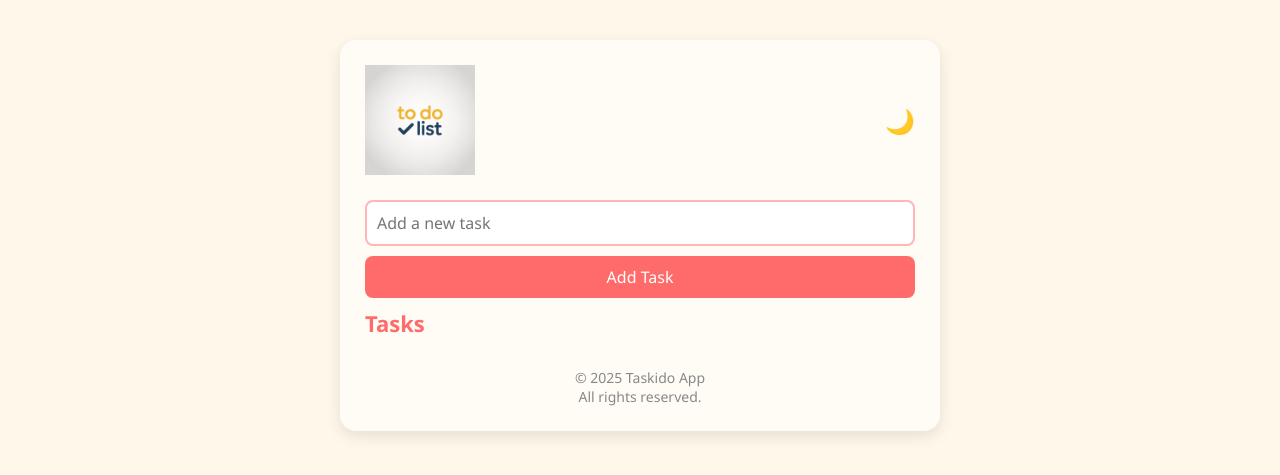
Repository: MenaEldeeb/To-Do-Iist
Page: index.html
An editor plug-in stored every save of this project. The page is shown before and after the next save, followed by the edit.
The browser window is 1280 px wide. The pictures show the whole page.

Above is the page before, as saved 2025-07-20 22:22:03.

### index.html
<!DOCTYPE html>
<html lang="en">
<head>
  <meta charset="UTF-8" />
  <meta name="viewport" content="width=device-width, initial-scale=1.0"/>
  <title>Taskido</title>
  <link rel="stylesheet" href="./css/styles.css" />
</head>
<body>
  <div id="container">
    <header id="hd">
      <img id="logo" src="images/to do list.png" alt="App Logo" />
      <button id="dark-mode-toggle">🌙</button>
    </header>

    <main id="mn">
      <section id="mn__sect01">
        <input type="text" id="task-input" placeholder="Add a new task" />
        <button id="add-task-btn">Add Task</button>
        <p id="error-msg" class="error-msg hidden">Please enter a task!</p>
      </section>

      <section id="mn__sect02">
        <h2>Tasks</h2>
        <ol id="task-list"></ol>
      </section>
    </main>

    <footer id="ft">
      <p>© 2025 Taskido App</p>
      <p>All rights reserved.</p>
    </footer>
  </div>

  <script src="./js/app.js"></script>
</body>
</html>

### css/styles.css
* {
  margin: 0;
  padding: 0;
  box-sizing: border-box;
  font-family: "Segoe UI", sans-serif;
}

body {
  background-color: #fff7e9;
  color: #333;
}

#container {
  max-width: 600px;
  margin: 40px auto;
  padding: 25px;
  background-color: #fffbf5;
  border-radius: 16px;
  box-shadow: 0 5px 15px rgba(0, 0, 0, 0.1);
  transition: background-color 0.3s ease, color 0.3s ease;
}

header#hd {
  display: flex;
  justify-content: space-between;
  align-items: center;
  margin-bottom: 25px;
}

#logo {
  width: 110px;
}

#dark-mode-toggle {
  background: none;
  border: none;
  cursor: pointer;
  font-size: 24px;
}

#task-input {
  width: 100%;
  padding: 10px;
  border: 2px solid #ffb6b6;
  border-radius: 8px;
  margin-bottom: 10px;
  font-size: 16px;
}

#add-task-btn {
  width: 100%;
  padding: 10px;
  background-color: #ff6b6b;
  color: white;
  border: none;
  font-size: 16px;
  border-radius: 8px;
  cursor: pointer;
  margin-bottom: 10px;
}

#add-task-btn:hover {
  background-color: #ff4b5c;
}

#mn__sect02 h2 {
  font-size: 22px;
  color: #ff6b6b;
  margin-bottom: 10px;
}

#task-list {
  list-style-type: none;
  padding-left: 0;
}

.task-item {
  background-color: #fff5f5;
  padding: 14px;
  margin-bottom: 12px;
  border-radius: 12px;
  box-shadow: 0 4px 10px rgba(0, 0, 0, 0.05);
  transition: background-color 0.3s ease, transform 0.2s ease;
}

.task-item:hover {
  background-color: #ffecec;
  transform: scale(1.01);
}

.task-item span {
  display: block;
  font-size: 18px;
  margin-bottom: 10px;
}

.task-item.completed span {
  text-decoration: line-through;
  color: #999;
  opacity: 0.7;
}

.complete-btn,
.remove-btn {
  padding: 8px 10px;
  margin-right: 10px;
  border: none;
  border-radius: 6px;
  cursor: pointer;
  font-size: 14px;
}

.complete-btn {
  background-color: #6bcb77;
  color: white;
}

.remove-btn {
  background-color: #ffd93d;
  color: #333;
}

.error-msg {
  color: #ff4b5c;
  font-size: 14px;
  font-weight: 600;
}

.hidden {
  display: none;
}

footer#ft {
  text-align: center;
  font-size: 14px;
  margin-top: 30px;
  color: #888;
}

/* Dark Mode */
#container.dark-mode {
  background-color: #1e1e2f;
  color: #eee;
}

#container.dark-mode #task-input {
  background-color: #333;
  border-color: #555;
  color: #eee;
}

#container.dark-mode #task-input::placeholder {
  color: #aaa;
}

#container.dark-mode #add-task-btn {
  background-color: #4a90e2;
}

#container.dark-mode #mn__sect02 h2 {
  color: #4a90e2;
}

#container.dark-mode .task-item {
  background-color: #2c2c3e;
}

#container.dark-mode .task-item:hover {
  background-color: #3a3a52;
}

#container.dark-mode .task-item span {
  color: #eee;
}

#container.dark-mode .error-msg {
  color: #ff6b6b;
}

/* Mobile */
@media (max-width: 600px) {
  #task-input,
  #add-task-btn {
    width: 100%;
  }

  .task-item span {
    font-size: 16px;
  }

  .complete-btn,
  .remove-btn {
    width: 100%;
    margin: 5px 0 0 0;
  }
}

/* Tablet */
@media (min-width: 601px) and (max-width: 1024px) {
  #task-input {
    width: 65%;
  }

  #add-task-btn {
    width: 30%;
    margin-left: 5%;
  }

  .task-item {
    flex-direction: column;
  }
}

### js/app.js
const taskInput = document.getElementById('task-input');
const addButton = document.getElementById('add-task-btn');
const taskList = document.getElementById('task-list');
const errorMsg = document.getElementById('error-msg');
const darkToggle = document.getElementById('dark-mode-toggle');
const container = document.getElementById('container');

let tasks = [];

function renderTasks() {
  taskList.innerHTML = '';
  tasks.forEach(task => {
    const li = document.createElement('li');
    li.className = 'task-item';
    if (task.completed) li.classList.add('completed');

    const span = document.createElement('span');
    span.textContent = task.text;

    const completeBtn = document.createElement('button');
    completeBtn.textContent = 'Complete';
    completeBtn.className = 'complete-btn';
    completeBtn.onclick = () => toggleTask(task.id);

    const removeBtn = document.createElement('button');
    removeBtn.textContent = 'X';
    removeBtn.className = 'remove-btn';
    removeBtn.onclick = () => removeTask(task.id);

    li.appendChild(span);
    li.appendChild(completeBtn);
    li.appendChild(removeBtn);

    taskList.appendChild(li);
  });
}

function addTask(text) {
  const newTask = {
    id: Date.now(),
    text,
    completed: false
  };
  tasks.push(newTask);
  renderTasks();
}

function toggleTask(id) {
  tasks = tasks.map(task =>
    task.id === id ? { ...task, completed: !task.completed } : task
  );
  renderTasks();
}

function removeTask(id) {
  tasks = tasks.filter(task => task.id !== id);
  renderTasks();
}

addButton.addEventListener('click', () => {
  const value = taskInput.value.trim();
  if (value === '') {
    errorMsg.classList.remove('hidden');
    return;
  }
  errorMsg.classList.add('hidden');
  addTask(value);
  taskInput.value = '';
});

taskInput.addEventListener('input', () => {
  if (taskInput.value.trim() !== '') {
    errorMsg.classList.add('hidden');
  }
});

darkToggle.addEventListener('click', () => {
  container.classList.toggle('dark-mode');
});

After the next save:
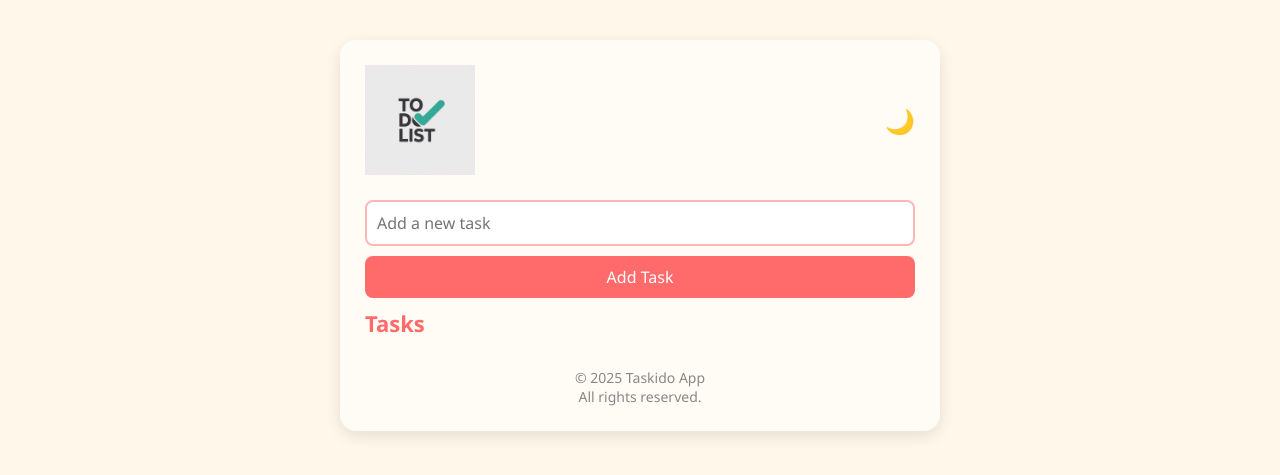
Saved 14 min 54 s later.
--- a/index.html
+++ b/index.html
@@ -9,7 +9,7 @@
 <body>
   <div id="container">
     <header id="hd">
-      <img id="logo" src="images/to do list.png" alt="App Logo" />
+      <img id="logo" src="images/l.webp" alt="App Logo" />
       <button id="dark-mode-toggle">🌙</button>
     </header>
 

After the save that followed:
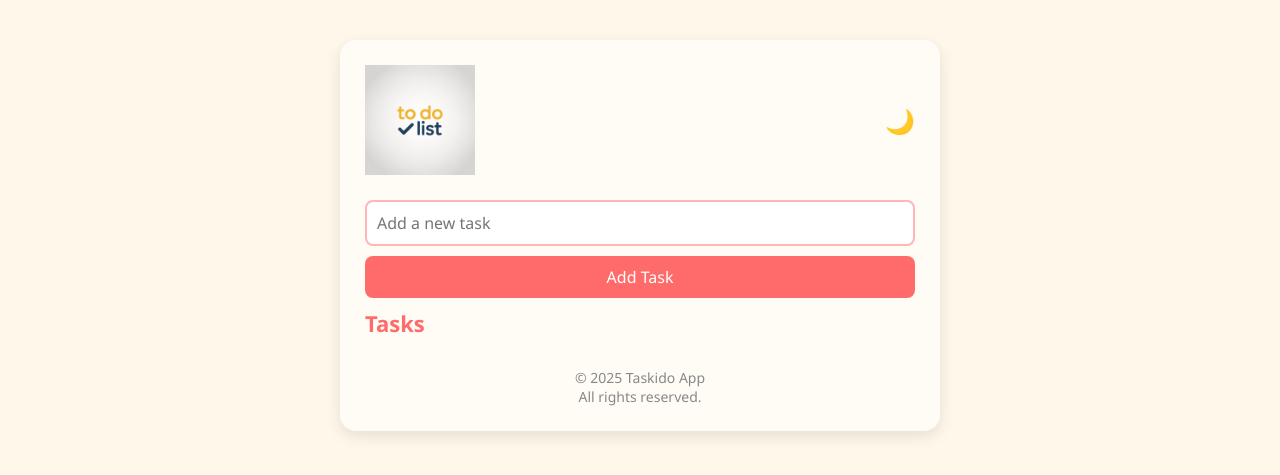
Saved 7 min 30 s later.
--- a/index.html
+++ b/index.html
@@ -9,7 +9,7 @@
 <body>
   <div id="container">
     <header id="hd">
-      <img id="logo" src="images/l.webp" alt="App Logo" />
+      <img id="logo" src="images/to do list.png" alt="App Logo" />
       <button id="dark-mode-toggle">🌙</button>
     </header>
 
